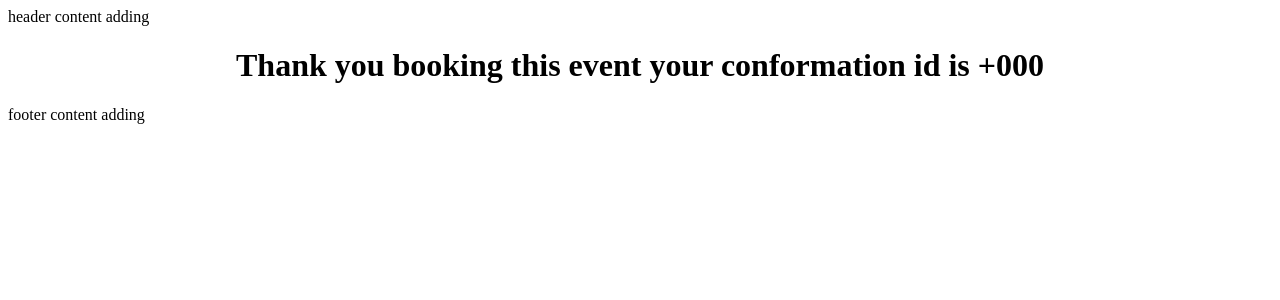
Repository: manikantakuchipudi/streamvedio
Page: http://localhost/CostEstimator/jsp/thankyou.jsp
An editor plug-in stored every save of this project. The page is shown before and after a run of saves, followed by the edit.
The browser window is 1280 px wide. The pictures show the whole page.
The page is served by Tomcat 9.

Above is the page before, as saved 2014-08-10 10:12:57.

After the next 2 saves:
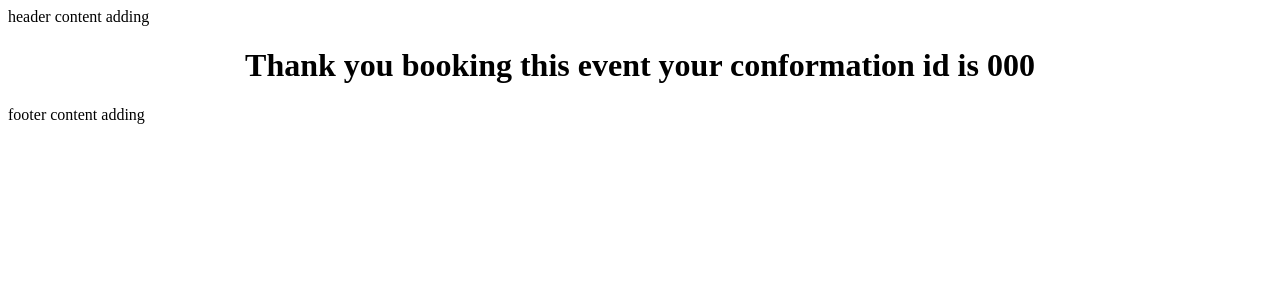
The 2 saves are shown as one change because they came seconds apart.
The last was saved 104 s later.
--- a/CostEstimator/WebContent/jsp/thankyou.jsp
+++ b/CostEstimator/WebContent/jsp/thankyou.jsp
@@ -6,7 +6,6 @@
  String conformationid="000";
  if(request.getParameter("conformID")!=null)
  conformationid=request.getParameter("conformID");
-
  %>
 
 <jsp:include page="header.jsp"></jsp:include>
@@ -19,7 +18,7 @@
 <body>
 <center>
 <h1>
-Thank you booking this event your conformation id is +<%=conformationid%>
+Thank you booking this event your conformation id is <%=conformationid%>
 </h1>
 </center>
 </body>
